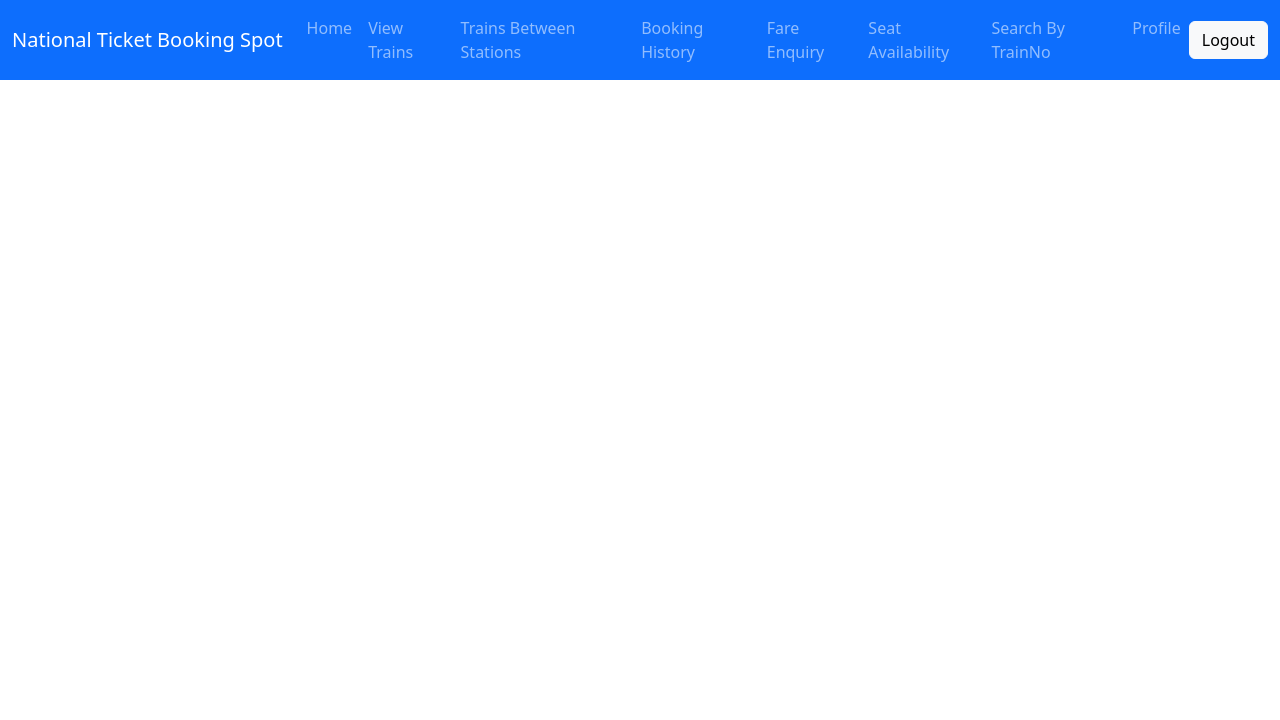
Repository: PrathamSahani/TMS-Sprint2
Page: http://localhost/TMS/UserHome.jsp
The author's editor kept a copy of each file at every save. The page is drawn from the files as they stood at one save, then again after the next save.
The browser window is 1280 px wide. The pictures show the whole page.
The page is served by Tomcat 10. Other server files are loaded and not shown.

Above is the page before, as saved 2025-04-25 17:09:03.

### Update/TMS/src/main/webapp/UserHome.jsp
<%@ page language="java" contentType="text/html; charset=UTF-8" pageEncoding="UTF-8"%>
<!DOCTYPE html>
<html>
<head>
  <meta charset="UTF-8">
  <title>Home - National Ticket Booking Spot</title>
  <link href="https://cdn.jsdelivr.net/npm/bootstrap@5.3.0/dist/css/bootstrap.min.css" rel="stylesheet">
</head>
<body class="d-flex flex-column min-vh-100">
  <!-- Navbar -->
  <nav class="navbar navbar-expand-lg navbar-dark bg-primary">
    <div class="container-fluid">
      <a class="navbar-brand" href="#">National Ticket Booking Spot</a>
      <button class="navbar-toggler" type="button" data-bs-toggle="collapse" data-bs-target="#navbarNav">
        <span class="navbar-toggler-icon"></span>
      </button>
      <div class="collapse navbar-collapse" id="navbarNav">
        <ul class="navbar-nav me-auto mb-2 mb-lg-0">
          <li class="nav-item"><a class="nav-link" href="userhome">Home</a></li>
          <li class="nav-item"><a class="nav-link" href="userviewtrainfwd">View Trains</a></li>
          <li class="nav-item"><a class="nav-link" href="trainbwstnfwd">Trains Between Stations</a></li>
          <li class="nav-item"><a class="nav-link" href="bookingdetails">Booking History</a></li>
          <li class="nav-item"><a class="nav-link" href="fareenqfwd">Fare Enquiry</a></li>
          <li class="nav-item"><a class="nav-link" href="useravailfwd">Seat Availability</a></li>
          <li class="nav-item"><a class="nav-link" href="usersearchtrain">Search By TrainNo</a></li>
          <li class="nav-item"><a class="nav-link" href="userprofile">Profile</a></li>
        </ul>
        <div class="d-flex">
          <a class="btn btn-light" href="userlogout">Logout</a>
        </div>
      </div>
    </div>
  </nav>

  <main class="flex-fill">
    <div class="container my-5">
      <%-- only show dashboard when served at /userhome --%>
      <% if ("http://localhost:8080/TMS/userhome".equals(request.getServletPath())) { %>
        <div class="alert alert-success text-center" role="alert">
          Hello <strong>${userName}</strong>! Welcome to our new NITRTC Website.
        </div>
        <div class="row justify-content-center">
          <div class="col-md-8">
            <div class="card mb-4">
              <div class="card-body text-center">
                <h5 class="card-title">Dashboard</h5>
                <p class="card-text">
                  Here you can check train details, schedules, fare enquiries and more.
                  Use the menu above to explore.
                </p>
              </div>
            </div>
          </div>
        </div>
         <!-- Footer -->
  <footer class="bg-light py-3 mt-auto">
    <div class="container text-center">
      <span class="text-muted">&copy; 2025 NITRTC. All rights reserved.</span>
    </div>
  </footer>
      <% } %>
    </div>
  </main>



  <script src="https://cdn.jsdelivr.net/npm/bootstrap@5.3.0/dist/js/bootstrap.bundle.min.js"></script>
</body>
</html>

After the next save:
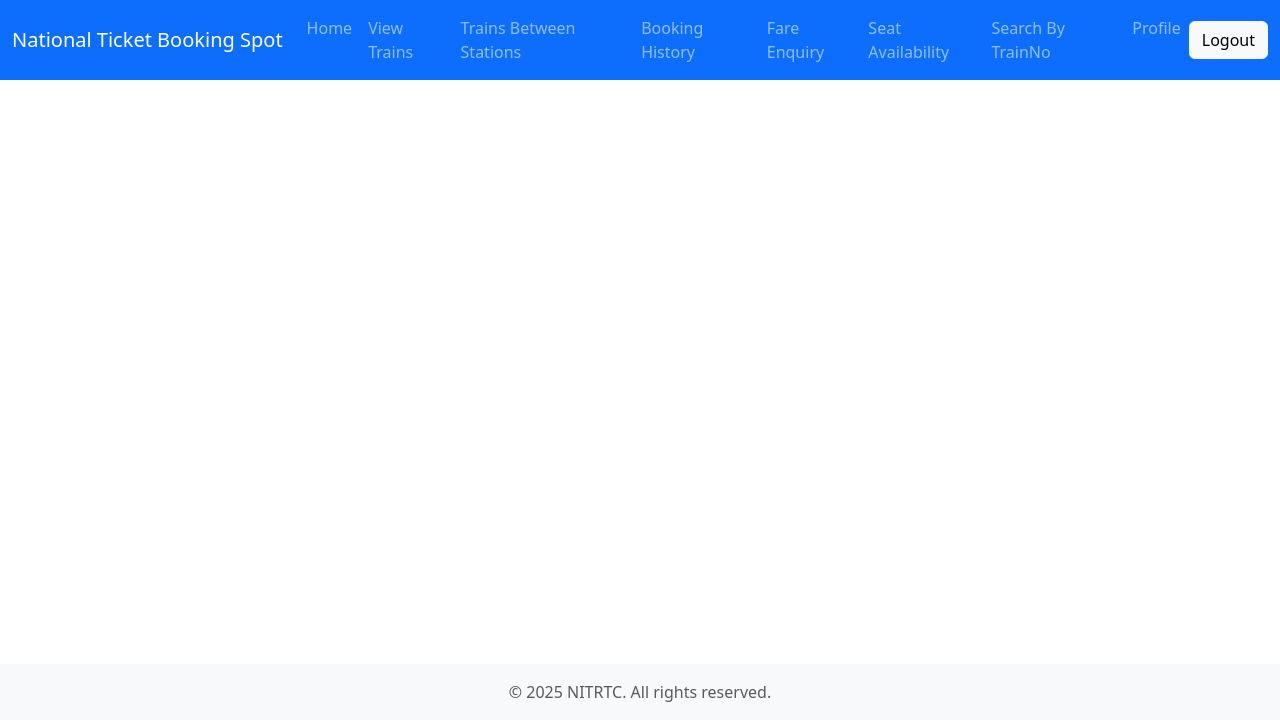
Saved 13 s later.
--- a/Update/TMS/src/main/webapp/UserHome.jsp
+++ b/Update/TMS/src/main/webapp/UserHome.jsp
@@ -16,17 +16,17 @@
       </button>
       <div class="collapse navbar-collapse" id="navbarNav">
         <ul class="navbar-nav me-auto mb-2 mb-lg-0">
-          <li class="nav-item"><a class="nav-link" href="userhome">Home</a></li>
-          <li class="nav-item"><a class="nav-link" href="userviewtrainfwd">View Trains</a></li>
-          <li class="nav-item"><a class="nav-link" href="trainbwstnfwd">Trains Between Stations</a></li>
-          <li class="nav-item"><a class="nav-link" href="bookingdetails">Booking History</a></li>
-          <li class="nav-item"><a class="nav-link" href="fareenqfwd">Fare Enquiry</a></li>
-          <li class="nav-item"><a class="nav-link" href="useravailfwd">Seat Availability</a></li>
-          <li class="nav-item"><a class="nav-link" href="usersearchtrain">Search By TrainNo</a></li>
-          <li class="nav-item"><a class="nav-link" href="userprofile">Profile</a></li>
+          <li class="nav-item"><a class="nav-link" href="${pageContext.request.contextPath}/userhome">Home</a></li>
+          <li class="nav-item"><a class="nav-link" href="${pageContext.request.contextPath}/userviewtrainfwd">View Trains</a></li>
+          <li class="nav-item"><a class="nav-link" href="${pageContext.request.contextPath}/trainbwstnfwd">Trains Between Stations</a></li>
+          <li class="nav-item"><a class="nav-link" href="${pageContext.request.contextPath}/bookingdetails">Booking History</a></li>
+          <li class="nav-item"><a class="nav-link" href="${pageContext.request.contextPath}/fareenqfwd">Fare Enquiry</a></li>
+          <li class="nav-item"><a class="nav-link" href="${pageContext.request.contextPath}/useravailfwd">Seat Availability</a></li>
+          <li class="nav-item"><a class="nav-link" href="${pageContext.request.contextPath}/usersearchtrain">Search By TrainNo</a></li>
+          <li class="nav-item"><a class="nav-link" href="${pageContext.request.contextPath}/userprofile">Profile</a></li>
         </ul>
         <div class="d-flex">
-          <a class="btn btn-light" href="userlogout">Logout</a>
+          <a class="btn btn-light" href="${pageContext.request.contextPath}/userlogout">Logout</a>
         </div>
       </div>
     </div>
@@ -34,8 +34,8 @@
 
   <main class="flex-fill">
     <div class="container my-5">
-      <%-- only show dashboard when served at /userhome --%>
-      <% if ("http://localhost:8080/TMS/userhome".equals(request.getServletPath())) { %>
+      <%-- only show dashboard when path is /userhome --%>
+      <% if ("/userhome".equals(request.getServletPath())) { %>
         <div class="alert alert-success text-center" role="alert">
           Hello <strong>${userName}</strong>! Welcome to our new NITRTC Website.
         </div>
@@ -52,17 +52,16 @@
             </div>
           </div>
         </div>
-         <!-- Footer -->
+      <% } %>
+    </div>
+  </main>
+
+  <!-- Footer -->
   <footer class="bg-light py-3 mt-auto">
     <div class="container text-center">
       <span class="text-muted">&copy; 2025 NITRTC. All rights reserved.</span>
     </div>
   </footer>
-      <% } %>
-    </div>
-  </main>
-
-
 
   <script src="https://cdn.jsdelivr.net/npm/bootstrap@5.3.0/dist/js/bootstrap.bundle.min.js"></script>
 </body>

After the save that followed:
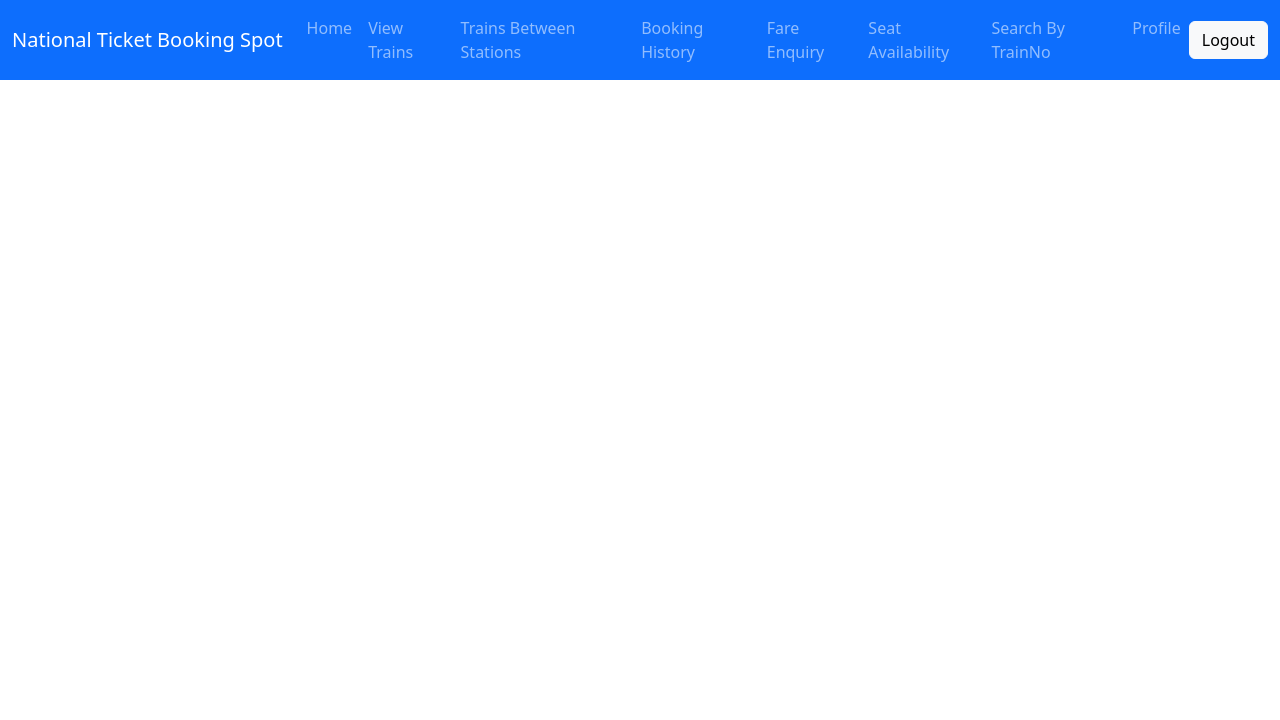
Saved 39 s later.
--- a/Update/TMS/src/main/webapp/UserHome.jsp
+++ b/Update/TMS/src/main/webapp/UserHome.jsp
@@ -52,17 +52,18 @@
             </div>
           </div>
         </div>
+        <footer class="bg-light py-3 mt-auto">
+    <div class="container text-center">
+      <span class="text-muted">&copy; 2025 NITRTC. All rights reserved.</span>
+    </div>
+  </footer>
+
+
       <% } %>
     </div>
   </main>
 
   <!-- Footer -->
-  <footer class="bg-light py-3 mt-auto">
-    <div class="container text-center">
-      <span class="text-muted">&copy; 2025 NITRTC. All rights reserved.</span>
-    </div>
-  </footer>
-
-  <script src="https://cdn.jsdelivr.net/npm/bootstrap@5.3.0/dist/js/bootstrap.bundle.min.js"></script>
+    <script src="https://cdn.jsdelivr.net/npm/bootstrap@5.3.0/dist/js/bootstrap.bundle.min.js"></script>
 </body>
 </html>
